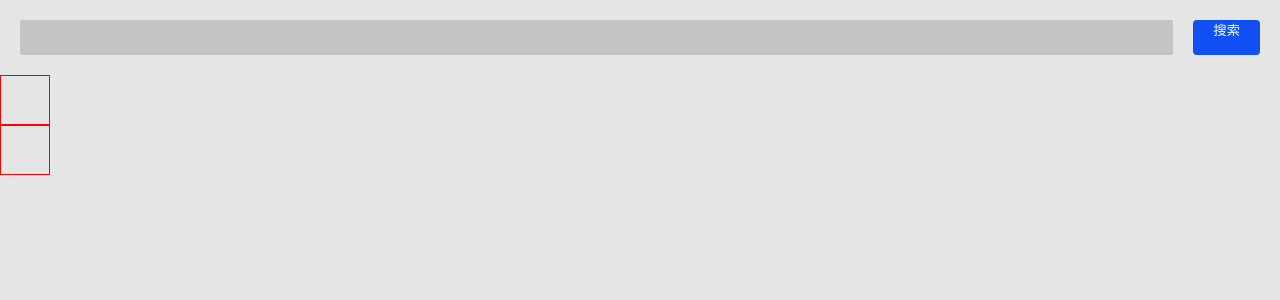
Repository: chenguocan/-
Page: src/index.html
The author's editor kept a copy of each file at every save. The page is drawn from the files as they stood at one save, then again after the next save.
The browser window is 1280 px wide. The pictures show the whole page.

Above is the page before, as saved 2020-08-11 18:59:24.

After the next save:
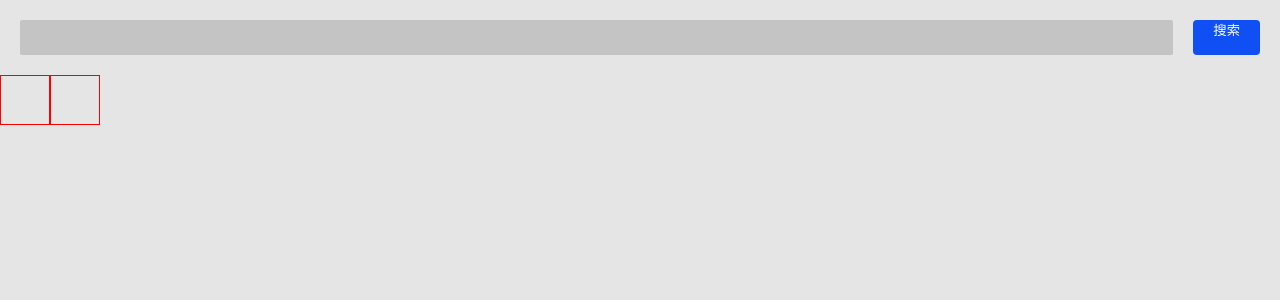
Saved 18 s later.
--- a/src/style.css
+++ b/src/style.css
@@ -44,9 +44,11 @@
     border-radius:4px;
     padding:0 20px;
 }
-.siteBox{
+.siteList{
     display: flex;
     flex-direction: row;
+}
+.siteBox{
     height: 50px;
     width: 50px;
     border: 1px solid red;
